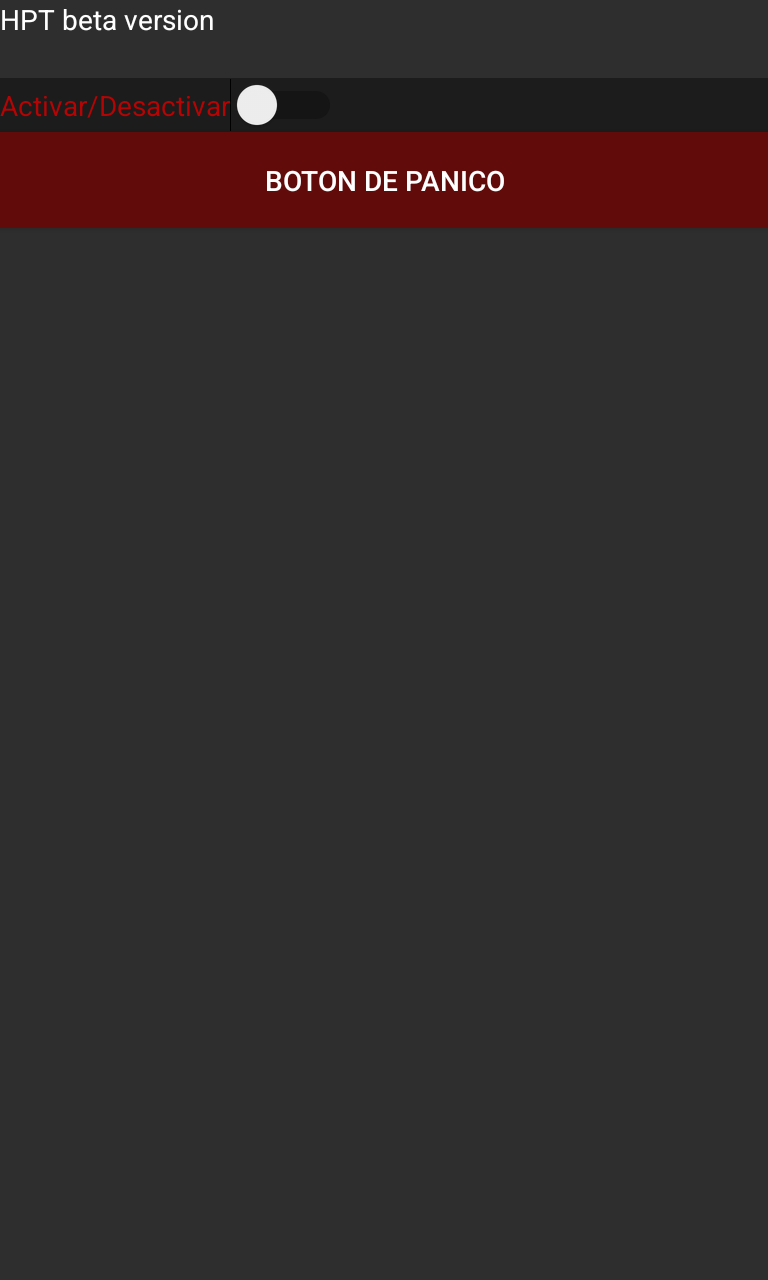
Repository: aludena18/android_apps
Layout: HunterPersonalTrack/res/layout/activity_main.xml
An editor plug-in stored every save of this project. The layout is shown before and after the next save, followed by the edit.
It is drawn on a 768 x 1280 px phone screen (xhdpi) without system bars, with theme AppTheme; the app's code is not run.

Above is the layout before, as saved 2015-10-14 20:24:34.

### HunterPersonalTrack/res/layout/activity_main.xml
<LinearLayout xmlns:android="http://schemas.android.com/apk/res/android"
    xmlns:tools="http://schemas.android.com/tools"
    android:layout_width="match_parent"
    android:layout_height="match_parent"
    android:orientation="vertical"
    android:background="#2E2E2E"
    tools:context="com.alg.hunterpersonaltrack.MainActivity" >

    <TextView
        android:layout_width="wrap_content"
        android:layout_height="wrap_content"
        android:layout_marginBottom="20dp"
        android:textColor="#FFFFFF"
        android:text="@string/hello_world" />

    <LinearLayout
        android:layout_width="match_parent"
        android:layout_height="wrap_content"
        android:background="#1C1C1C">

        <Switch
	        android:id="@+id/swtOnOff"
    	    android:layout_width="wrap_content"
        	android:layout_height="wrap_content"
        	android:textColor="#B40404"
        	android:text="@string/etqSwtOnOff" />

    </LinearLayout>

    <Button
        android:id="@+id/btnPanico"
        android:layout_width="match_parent"
        android:layout_height="wrap_content"
        android:background="#610B0B"
        android:textColor="#FFFFFF"
        android:text="@string/etqBtnPanico"/>


</LinearLayout>

### HunterPersonalTrack/res/values/strings.xml
<?xml version="1.0" encoding="utf-8"?>
<resources>

    <string name="app_name">Hunter Personal Track</string>
    <string name="hello_world">HPT beta version</string>
    <string name="action_settings">Settings</string>

    <string name="etqSwtOnOff">Activar/Desactivar</string>
    <string name="etqBtnPanico">Boton de Panico</string>

</resources>

Loaded but not shown: HunterPersonalTrack/res/values/styles.xml (common file); HunterPersonalTrack/res/values-v11/styles.xml (common file); HunterPersonalTrack/res/values-v14/styles.xml (common file)

After the next save:
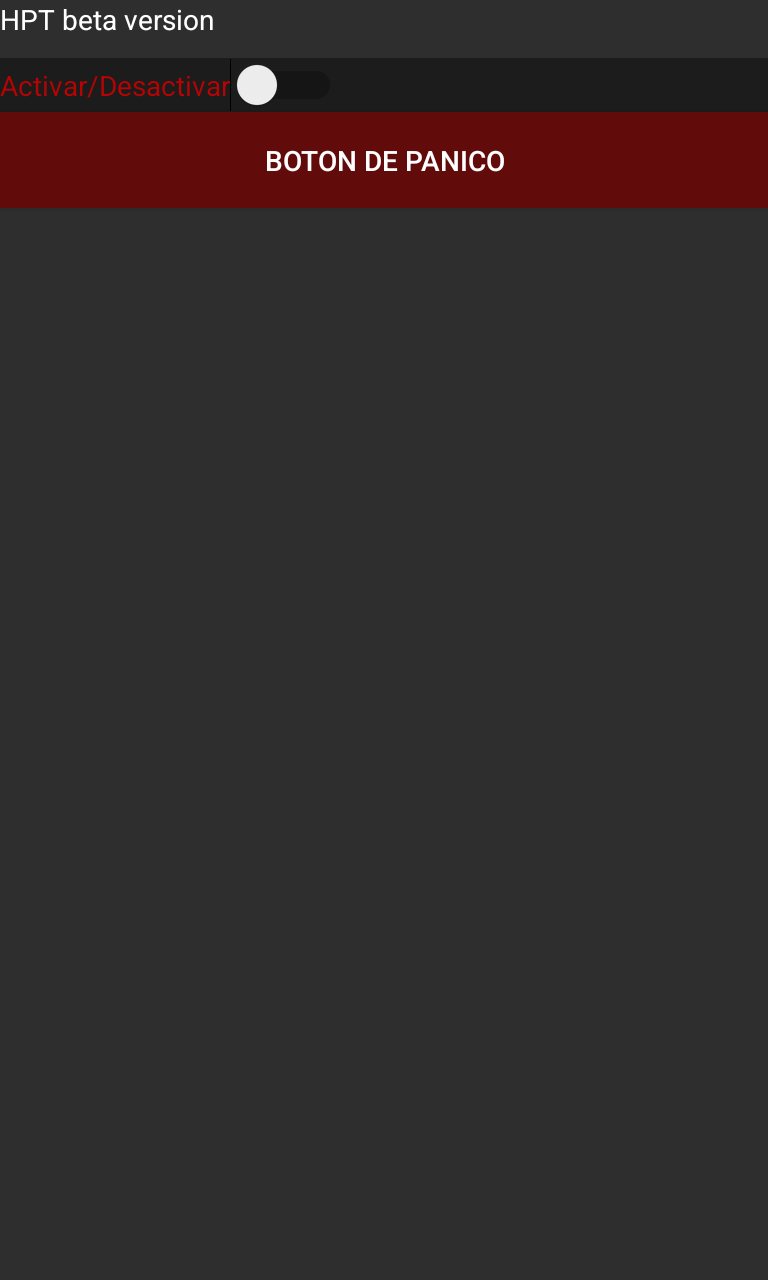
Saved 24 s later.
--- a/HunterPersonalTrack/res/layout/activity_main.xml
+++ b/HunterPersonalTrack/res/layout/activity_main.xml
@@ -9,7 +9,7 @@
     <TextView
         android:layout_width="wrap_content"
         android:layout_height="wrap_content"
-        android:layout_marginBottom="20dp"
+        android:layout_marginBottom="10dp"
         android:textColor="#FFFFFF"
         android:text="@string/hello_world" />
 
